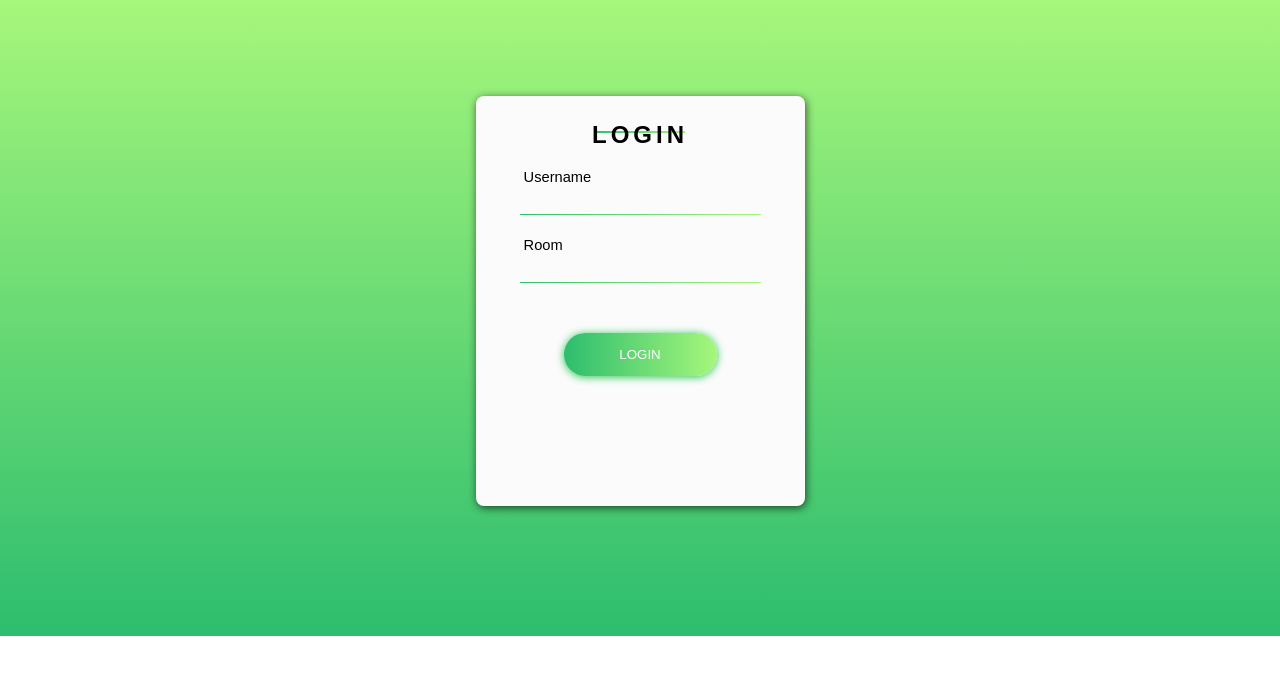
Repository: satyam12116/chat
Page: public/index.html
An editor plug-in stored every save of this project. The page is shown before and after a run of saves, followed by the edit.
The browser window is 1280 px wide. The pictures show the whole page.
Some web libraries are served in a nearby version.

Above is the page before, as saved 2023-03-26 10:54:13.

### public/index.html
<!DOCTYPE html>
<html lang="en">
	<head>
		<meta charset="UTF-8" />
		<meta name="viewport" content="width=device-width, initial-scale=1.0" />
		<meta http-equiv="X-UA-Compatible" content="ie=edge" />
		<link
			rel="stylesheet"
			href="https://cdnjs.cloudflare.com/ajax/libs/font-awesome/5.12.1/css/all.min.css"
			integrity="sha256-mmgLkCYLUQbXn0B1SRqzHar6dCnv9oZFPEC1g1cwlkk="
			crossorigin="anonymous"
		/>
		<link rel="stylesheet" href="css/style.css" />
		<title>ChatCord App</title>
	</head>
	<body>
		<!-- <div class="join-container">
			<header class="join-header">
				<h1><i class="fas fa-smile"></i> ChatCord</h1>
			</header>
			<main class="join-main">
				<form action="chat.html">
					<div class="form-control">
						<label for="username">Username</label>
						<input
							type="text"
							name="username"
							id="username"
							placeholder="Enter username..."
							required
						/>
					</div>
					<div class="form-control">
						<label for="room">Room</label>
						<select name="room" id="room">
							<option value="JavaScript">JavaScript</option>
							<option value="Python">Python</option>
							<option value="PHP">PHP</option>
							<option value="C#">C#</option>
							<option value="Ruby">Ruby</option>
							<option value="Java">Java</option>
						</select>
					</div>
					<button type="submit"class="glow-on-hover">Join Chat</button>
				</form>
			</main>
		</div> -->
		<div id="card">
			<div id="card-content">
			  <div id="card-title">
				<h2>LOGIN</h2>
				<div class="underline-title"></div>
			  </div>
			  <form method="post" class="form">
				<label for="user-email" style="padding-top:13px">
					&nbsp;Username
				  </label>
				<input id="user-email" class="form-content" type="email" name="email" autocomplete="on" required />
				<div class="form-border"></div>
				<label for="user-password" style="padding-top:22px">&nbsp;Room
				  </label>
				<input id="user-password" class="form-content" type="password" name="password" required />
				<div class="form-border"></div>
				<!-- <a href="#">
				  <legend id="forgot-pass">Forgot password?</legend>
				</a> -->
				<!-- <input id="submit-btn" type="submit" name="submit" value="LOGIN" /> -->
				<input id="submit-btn" type="submit" name="submit" value="LOGIN" />
				<!-- <a href="#" id="signup">Don't have account yet?</a> -->
			  </form>
			</div>
		  </div>
	</body>
</html>

### public/css/style.css
@import url('https://fonts.googleapis.com/css?family=Roboto&display=swap');

:root {
	--dark-color-a: #667aff;
	--dark-color-b: #7386ff;
	--light-color: #e6e9ff;
	--success-color: #5cb85c;
	--error-color: #d9534f;
}

* {
	box-sizing: border-box;
	margin: 0;
	padding: 0;
}

body {
	font-family: 'Roboto', sans-serif;
	font-size: 16px;
	background: var(--light-color);
	margin: 20px;
}

ul {
	list-style: none;
}

a {
	text-decoration: none;
}

.btn {
	cursor: pointer;
	padding: 5px 15px;
	background: var(--light-color);
	color: var(--dark-color-a);
	border: 0;
	font-size: 17px;
}

/* Chat Page */

.chat-container {
	max-width: 1100px;
	background: #fff;
	margin: 30px auto;
	overflow: hidden;
}

.chat-header {
	background: var(--dark-color-a);
	color: #fff;
	border-top-left-radius: 5px;
	border-top-right-radius: 5px;
	padding: 15px;
	display: flex;
	align-items: center;
	justify-content: space-between;
}

.chat-main {
	display: grid;
	grid-template-columns: 1fr 3fr;
}

.chat-sidebar {
	background: var(--dark-color-b);
	color: #fff;
	padding: 20px 20px 60px;
	overflow-y: scroll;
}

.chat-sidebar h2 {
	font-size: 20px;
	background: rgba(0, 0, 0, 0.1);
	padding: 10px;
	margin-bottom: 20px;
}

.chat-sidebar h3 {
	margin-bottom: 15px;
}

.chat-sidebar ul li {
	padding: 10px 0;
}

.chat-messages {
	padding: 30px;
	max-height: 500px;
	overflow-y: scroll;
}

.chat-messages .message {
	padding: 10px;
	margin-bottom: 15px;
	background-color: var(--light-color);
	border-radius: 5px;
	overflow-wrap: break-word;
}

.chat-messages .message .meta {
	font-size: 15px;
	font-weight: bold;
	color: var(--dark-color-b);
	opacity: 0.7;
	margin-bottom: 7px;
}

.chat-messages .message .meta span {
	color: #777;
}

.chat-form-container {
	padding: 20px 30px;
	background-color: var(--dark-color-a);
}

.chat-form-container form {
	display: flex;
}

.chat-form-container input[type='text'] {
	font-size: 16px;
	padding: 5px;
	height: 40px;
	flex: 1;
}

/* Join Page */
.join-container {
	max-width: 500px;
	margin: 80px auto;
	color: #fff;
}

.join-header {
	text-align: center;
	padding: 20px;
	background: var(--dark-color-a);
	border-top-left-radius: 5px;
	border-top-right-radius: 5px;
}

.join-main {
	padding: 30px 40px;
	background: var(--dark-color-b);
}

.join-main p {
	margin-bottom: 20px;
}

.join-main .form-control {
	margin-bottom: 20px;
}

.join-main label {
	display: block;
	margin-bottom: 5px;
}

.join-main input[type='text'] {
	font-size: 16px;
	padding: 5px;
	height: 40px;
	width: 100%;
}

.join-main select {
	font-size: 16px;
	padding: 5px;
	height: 40px;
	width: 100%;
}

.join-main .btn {
	margin-top: 20px;
	width: 100%;
}

@media (max-width: 700px) {
	.chat-main {
		display: block;
	}

	.chat-sidebar {
		display: none;
	}
}

.glow-on-hover {
	margin-left:150px;
	font-family: cursive;
	font-weight: bold;
    width: 120px;
    height: 50px;
    border: none;
    outline: none;
    color: black;
    background:rgb(211, 84, 84);
    cursor: pointer;
    position: relative;
    z-index: 0;
    border-radius: 10px;
}

.glow-on-hover:before {
    content: '';
    background: linear-gradient(45deg, #ff0000, #ff7300, #fffb00, #48ff00, #00ffd5, #002bff, #7a00ff, #ff00c8, #ff0000);
    position: absolute;
    top: -2px;
    left:-2px;
    background-size: 400%;
    z-index: -1;
    filter: blur(5px);
    width: calc(100% + 4px);
    height: calc(100% + 4px);
    animation: glowing 20s linear infinite;
    opacity: 0;
    transition: opacity .3s ease-in-out;
    border-radius: 10px;
}

.glow-on-hover:active {
    color:whitesmoke;
}

.glow-on-hover:active:after {
    background: transparent;
}

.glow-on-hover:hover:before {
    opacity: 1;
}

.glow-on-hover:after {
    z-index: -1;
    content: '';
    position: absolute;
    width: 100%;
    height: 100%;
    background: whitesmoke;
    left: 0;
    top: 0;
    border-radius: 10px;
}

@keyframes glowing {
    0% { background-position: 0 0; }
    50% { background-position: 400% 0; }
    100% { background-position: 0 0; }
}
a {
	text-decoration: none;
  }
  body {
	background: -webkit-linear-gradient(bottom, #2dbd6e, #a6f77b);
	background-repeat: no-repeat;
  }
  label {
	font-family: "Raleway", sans-serif;
	font-size: 11pt;
  }
  #forgot-pass {
	color: #2dbd6e;
	font-family: "Raleway", sans-serif;
	font-size: 10pt;
	margin-top: 3px;
	text-align: right;
  }
  #card {
	background: #fbfbfb;
	border-radius: 8px;
	box-shadow: 1px 2px 8px rgba(0, 0, 0, 0.65);
	height: 410px;
	margin: 6rem auto 8.1rem auto;
	width: 329px;
  }
  #card-content {
	padding: 12px 44px;
  }
  #card-title {
	font-family: "Raleway Thin", sans-serif;
	letter-spacing: 4px;
	padding-bottom: 23px;
	padding-top: 13px;
	text-align: center;
  }
  #signup {
	color: #2dbd6e;
	font-family: "Raleway", sans-serif;
	font-size: 10pt;
	margin-top: 16px;
	text-align: center;
  }
  #submit-btn {
	background: -webkit-linear-gradient(right, #a6f77b, #2dbd6e);
	border: none;
	border-radius: 21px;
	box-shadow: 0px 1px 8px #24c64f;
	cursor: pointer;
	color: white;
	font-family: "Raleway SemiBold", sans-serif;
	height: 42.3px;
	margin: 0 auto;
	margin-top: 50px;
	transition: 0.25s;
	width: 153px;
  }
  #submit-btn:hover {
	box-shadow: 0px 1px 18px #24c64f;
  }
  .form {
	align-items: left;
	display: flex;
	flex-direction: column;
  }
  .form-border {
	background: -webkit-linear-gradient(right, #a6f77b, #2ec06f);
	height: 1px;
	width: 100%;
  }
  .form-content {
	background: #fbfbfb;
	border: none;
	outline: none;
	padding-top: 14px;
  }
  .underline-title {
	background: -webkit-linear-gradient(right, #a6f77b, #2ec06f);
	height: 2px;
	margin: -1.1rem auto 0 auto;
	width: 89px;
  }

After the next 2 saves:
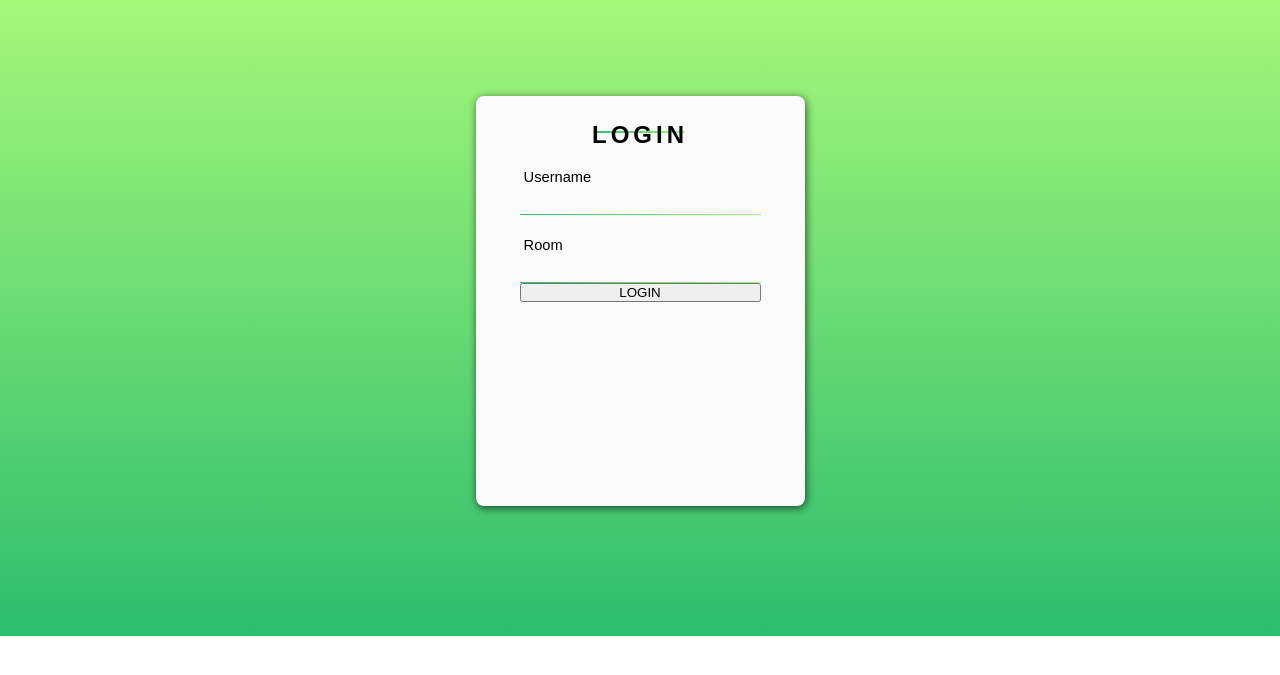
The 2 saves are shown as one change because they came seconds apart.
The last was saved 11 s later.
--- a/public/index.html
+++ b/public/index.html
@@ -65,7 +65,7 @@
 				  <legend id="forgot-pass">Forgot password?</legend>
 				</a> -->
 				<!-- <input id="submit-btn" type="submit" name="submit" value="LOGIN" /> -->
-				<input id="submit-btn" type="submit" name="submit" value="LOGIN" />
+				<input class="glow" type="submit" name="submit" value="LOGIN" />
 				<!-- <a href="#" id="signup">Don't have account yet?</a> -->
 			  </form>
 			</div>
